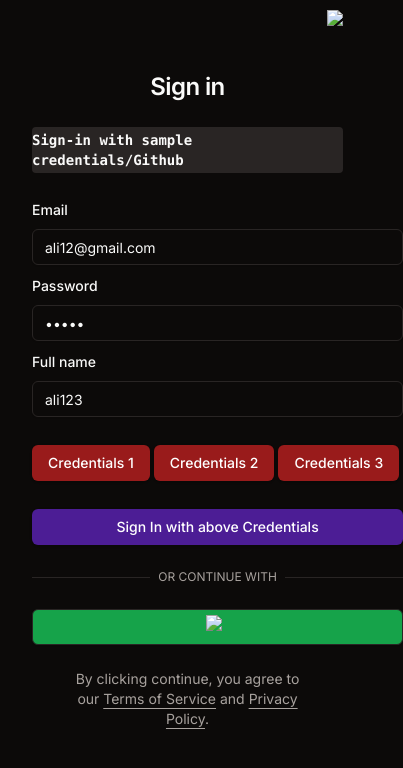
Repository: aneeshseth/gotsapp
Page: /auth (app in apps/fe/)
An editor plug-in stored every save of this project. The page is shown before and after the next save, followed by the edit.
The browser window is 375 px wide. The page is 403 px wide, so the pictures cover 403 px, including what lies to the right of the window. The pictures show the whole page.
The page's requests for data from a server got no answer. The project was rebuilt for these pictures with package versions that can differ from the ones it lists, and the page was loaded fresh each time. The framework's server and built-in components were replaced by stand-ins that run in the browser. No one was signed in, and anything a server would have sent is missing. Also part of the build but not shown: apps/fe/next.config.js.

Above is the page before, as saved 2024-01-15 23:36:12.

### apps/fe/src/app/layout.tsx
"use client"
import type { Metadata } from "next";
import { Inter } from "next/font/google";
import "./globals.css";
import {
  RecoilRoot,
  atom,
  selector,
  useRecoilState,
  useRecoilValue,
} from 'recoil';
import { WebSocketProvider } from './provider';
const inter = Inter({ subsets: ["latin"] });



export default function RootLayout({
  children,
}: {
  children: React.ReactNode;
}) {
  return (
    <html lang="en">
      <body className={inter.className}>
        <RecoilRoot>
        <WebSocketProvider>
          {children}
          </WebSocketProvider>
          </RecoilRoot>
      </body>
    </html>
  );
}

### apps/fe/src/app/auth/page.tsx
import { Metadata } from "next";
import Image from "next/image";
import Link from "next/link";
import "./page.css";

import { cn } from "@/lib/utils";
import { buttonVariants } from "@/components/ui/button";
import { UserAuthForm } from "@/components/ui/user-auth-form";

export const metadata: Metadata = {
  title: "Authentication",
  description: "Authentication forms built using the components.",
};

export default function AuthenticationPage() {
  return (
    <div className="fadeInUp-animation">
      <div className="container h-[800px] flex flex-col items-center justify-center md:grid sm:grid lg:max-w-none lg:grid-cols-2 lg:px-0 sm:max-w-none">
        <Link
          href="https://github.com/aneeshseth/gotsapp"
          className={cn(
            buttonVariants({ variant: "ghost" }),
            "absolute right-4 top-4 md:right-8 md:top-8"
          )}
        >
          <img src="https://favicon.twenty.com/github.com" className="h-12" />
        </Link>
        <div className="relative hidden h-full flex-col bg-muted p-10 text-white lg:flex dark:border-r">
          <div className="absolute inset-0 bg-gradient-to-r from-slate-900 via-purple-900 to-slate-900 flex items-center bg-opacity-0">
            <h1 className="scroll-m-20 text-4xl font-extrabold tracking-tight lg:text-5xl ml-10 mr-3">
              gotsapp: a chatting infrastructure.
            </h1>
          </div>
        </div>
        <div className="mx-auto flex w-full flex-col justify-center space-y-6 max-w-96">
          <div className="flex flex-col space-y-2 text-center">
            <h1 className="text-2xl font-semibold tracking-tight">Sign in</h1>
          </div>
          <code className="relative rounded bg-muted px-0 py-[0.2rem] font-mono text-sm font-semibold w-full github-si flex justify-center">
            <div className="sign-text">
              Sign-in with sample credentials/Github
            </div>
          </code>
          <UserAuthForm  />
          <p className="px-8 text-center text-sm text-muted-foreground">
            By clicking continue, you agree to our{" "}
            <Link
              href="/"
              className="underline underline-offset-4 hover:text-primary"
            >
              Terms of Service
            </Link>{" "}
            and{" "}
            <Link
              href="/"
              className="underline underline-offset-4 hover:text-primary"
            >
              Privacy Policy
            </Link>
            .
          </p>
        </div>
      </div>
    </div>
  );
}



/*
redis-server:
    image: "redis:alpine"
    command: redis-server
    ports:
      - "6379:6379"
*/

### apps/fe/src/app/globals.css
@tailwind base;
@tailwind components;
@tailwind utilities;






@layer base {
  :root {
    --background: 0 0% 100%;
    --foreground: 20 14.3% 4.1%;
    --card: 0 0% 100%;
    --card-foreground: 20 14.3% 4.1%;
    --popover: 0 0% 100%;
    --popover-foreground: 20 14.3% 4.1%;
    --primary: 47.9 95.8% 53.1%;
    --primary-foreground: 26 83.3% 14.1%;
    --secondary: 60 4.8% 95.9%;
    --secondary-foreground: 24 9.8% 10%;
    --muted: 60 4.8% 95.9%;
    --muted-foreground: 25 5.3% 44.7%;
    --accent: 60 4.8% 95.9%;
    --accent-foreground: 24 9.8% 10%;
    --destructive: 0 84.2% 60.2%;
    --destructive-foreground: 60 9.1% 97.8%;
    --border: 20 5.9% 90%;
    --input: 20 5.9% 90%;
    --ring: 20 14.3% 4.1%;
    --radius: 0.5rem;
  }

  .dark {
    --background: 20 14.3% 4.1%;
    --foreground: 60 9.1% 97.8%;
    --card: 20 14.3% 4.1%;
    --card-foreground: 60 9.1% 97.8%;
    --popover: 20 14.3% 4.1%;
    --popover-foreground: 60 9.1% 97.8%;
    --primary: 47.9 95.8% 53.1%;
    --primary-foreground: 26 83.3% 14.1%;
    --secondary: 12 6.5% 15.1%;
    --secondary-foreground: 60 9.1% 97.8%;
    --muted: 12 6.5% 15.1%;
    --muted-foreground: 24 5.4% 63.9%;
    --accent: 12 6.5% 15.1%;
    --accent-foreground: 60 9.1% 97.8%;
    --destructive: 0 62.8% 30.6%;
    --destructive-foreground: 60 9.1% 97.8%;
    --border: 12 6.5% 15.1%;
    --input: 12 6.5% 15.1%;
    --ring: 35.5 91.7% 32.9%;
  }
}






@layer base {
  * {
    @apply border-border;
  }
  body {
    @apply bg-background text-foreground dark;
  }
}

### apps/fe/src/app/provider.tsx
"use client";
import React, { createContext, useContext, useState, useEffect } from "react";

const WebSocketContext = createContext(null);

export const useWebSocket = () => {
  return useContext(WebSocketContext);
};

export const WebSocketProvider = ({ children }: any) => {
  const [webSocket, setWebSocket] = useState<any>(null);

  useEffect(() => {
    const socket = new WebSocket("wss://aneesh.pro");
    console.log("socket");
    console.log(socket);
    setWebSocket(socket);

    return () => {
      socket.close();
    };
  }, []);

  return (
    <WebSocketContext.Provider value={webSocket}>
      {children}
    </WebSocketContext.Provider>
  );
};

### apps/fe/src/app/auth/page.css
@keyframes fadeInUp {
    0% {
      transform: translateY(100%);
      opacity: 0;
    }
    100% {
      transform: translateY(0%);
      opacity: 1;
    }
  }

  .fadeInUp-animation {
    animation: 1.5s fadeInUp;
  }


  @media screen and (max-width: 480px) {
    .github-si {
      width: 100%;
    }

  }

### apps/fe/src/components/ui/button.tsx
import * as React from "react"
import { Slot } from "@radix-ui/react-slot"
import { cva, type VariantProps } from "class-variance-authority"

import { cn } from "@/lib/utils"

const buttonVariants = cva(
  "inline-flex items-center justify-center whitespace-nowrap rounded-md text-sm font-medium transition-colors focus-visible:outline-none focus-visible:ring-1 focus-visible:ring-ring disabled:pointer-events-none disabled:opacity-50",
  {
    variants: {
      variant: {
        default:
          "bg-primary text-primary-foreground shadow hover:bg-primary/90",
        destructive:
          "bg-destructive text-destructive-foreground shadow-sm hover:bg-destructive/90",
        outline:
          "border border-input bg-background shadow-sm hover:bg-accent hover:text-accent-foreground",
        secondary:
          "bg-secondary text-secondary-foreground shadow-sm hover:bg-secondary/80",
        ghost: "hover:bg-accent hover:text-accent-foreground",
        link: "text-primary underline-offset-4 hover:underline",
      },
      size: {
        default: "h-9 px-4 py-2",
        sm: "h-8 rounded-md px-3 text-xs",
        lg: "h-10 rounded-md px-8",
        icon: "h-9 w-9",
      },
    },
    defaultVariants: {
      variant: "default",
      size: "default",
    },
  }
)

export interface ButtonProps
  extends React.ButtonHTMLAttributes<HTMLButtonElement>,
    VariantProps<typeof buttonVariants> {
  asChild?: boolean
}

const Button = React.forwardRef<HTMLButtonElement, ButtonProps>(
  ({ className, variant, size, asChild = false, ...props }, ref) => {
    const Comp = asChild ? Slot : "button"
    return (
      <Comp
        className={cn(buttonVariants({ variant, size, className }))}
        ref={ref}
        {...props}
      />
    )
  }
)
Button.displayName = "Button"

export { Button, buttonVariants }

### apps/fe/src/components/ui/user-auth-form.tsx
"use client";

import * as React from "react";
import { useSession, signIn, signOut } from "next-auth/react";
import { cn } from "@/lib/utils";
import { Button } from "@/components/ui/button";
import { Input } from "@/components/ui/input";
import { Label } from "@/components/ui/label";
import { useRouter } from "next/navigation";
import { useWebSocket } from "@/app/provider";
import { useEffect } from "react";

interface UserAuthFormProps extends React.HTMLAttributes<HTMLDivElement> {}

export function UserAuthForm({ className, ...props }: UserAuthFormProps) {
  const { data: session } = useSession();
  const router = useRouter()
  if (session?.user) {
    router.push("/chats")
  }
  const [isLoading, setIsLoading] = React.useState<boolean>(false);
  const [email, setEmail] = React.useState<string>("ali12@gmail.com");
  const [password, setPassword] = React.useState<string>("ali12");
  const [name, setName] = React.useState<string>("ali123");



  async function onSubmit(event: React.SyntheticEvent) {
    event.preventDefault();
    setIsLoading(true);

    setTimeout(() => {
      setIsLoading(false);
    }, 3000);
  }

  function handleCredentials2() {
    setEmail("sethamishi0512@gmail.com")
    setPassword("Doll@2107")
    setName("Amishi Seth")
  }

  function handleCredentials3() {
    setEmail("vseth2576@gmail.com")
    setPassword("Doll@2107")
    setName("Vijay Seth")
  }

  function handleCredentials1() {
    setEmail("ali12@gmail.com")
    setName("ali123")
    setPassword("ali12")
  }

  async function manageSignIn() {
    if (email == "" || password == "" || name == "") {
      return;
    } else {
      const user = await signIn("credentials", {
        name: name,
        password: password,
        email: email,
        callbackUrl: "/chats",
      })
      console.log("CURRENT USER")
      console.log(user)
    }
  }

  return (
    <div className={cn("grid gap-6", className)} {...props}>
      <form onSubmit={onSubmit}>
        <div className="grid gap-2">
          <div>
            <Label className="" htmlFor="email">
              Email
            </Label>
            <Input
              id="username"
              type="email"
              autoCapitalize="none"
              autoCorrect="off"
              disabled={isLoading}
              className="mt-2"
              value={email}
              onChange={(e) => setEmail(e.target.value)}
            />
          </div>
          <div>
            <Label className="" htmlFor="email">
              Password
            </Label>
            <Input
              id="password"
              type="password"
              placeholder="name12712"
              autoCapitalize="none"
              autoComplete="email"
              autoCorrect="off"
              disabled={isLoading}
              className="mt-2"
              value={password}
              onChange={(e) => setPassword(e.target.value)}
            />
          </div>
          <div>
            <Label className="">
              Full name
            </Label>
            <Input
              id="username"
              autoCapitalize="none"
              autoCorrect="off"
              disabled={isLoading}
              className="mt-2"
              value={name}
              onChange={(e) => setName(e.target.value)}
            />
          </div>
          <div className="flex flex-row w-full justify-center">
          <Button
            disabled={isLoading}
            className="mt-5 bg-red-800 text-white mr-1"
            onClick={handleCredentials1}
          >
            Credentials 1
          </Button>
          <Button
            disabled={isLoading}
            className="mt-5 bg-red-800 text-white mr-1"
            onClick={handleCredentials2}
          >
            Credentials 2
          </Button>
          <Button
            disabled={isLoading}
            className="mt-5 bg-red-800 text-white mr-1"
            onClick={handleCredentials3}
          >
            Credentials 3
          </Button>
          </div>
          <Button
            disabled={isLoading}
            className="mt-5 bg-violet-900 text-white"
            onClick={manageSignIn}
          >
            Sign In with above Credentials
          </Button>
        </div>
      </form>
      <div className="relative">
        <div className="absolute inset-0 flex items-center">
          <span className="w-full border-t" />
        </div>
        <div className="relative flex justify-center text-xs uppercase">
          <span className="bg-background px-2 text-muted-foreground">
            Or continue with
          </span>
        </div>
      </div>
      <Button
        variant="outline"
        type="button"
        color="green"
        disabled={isLoading}
        onClick={async () => await signIn("github", { callbackUrl: "/chats" })}
        className="bg-green-600"
      >
        <img src="https://favicon.twenty.com/github.com" className="h-6 mr-2" />
      </Button>
    </div>
  );
}

### apps/fe/src/components/ui/input.tsx
import * as React from "react"

import { cn } from "@/lib/utils"

export interface InputProps
  extends React.InputHTMLAttributes<HTMLInputElement> {}

const Input = React.forwardRef<HTMLInputElement, InputProps>(
  ({ className, type, ...props }, ref) => {
    return (
      <input
        type={type}
        className={cn(
          "flex h-9 w-full rounded-md border border-input bg-transparent px-3 py-1 text-sm shadow-sm transition-colors file:border-0 file:bg-transparent file:text-sm file:font-medium placeholder:text-muted-foreground focus-visible:outline-none focus-visible:ring-1 focus-visible:ring-ring disabled:cursor-not-allowed disabled:opacity-50",
          className
        )}
        ref={ref}
        {...props}
      />
    )
  }
)
Input.displayName = "Input"

export { Input }

### apps/fe/src/components/ui/label.tsx
"use client"

import * as React from "react"
import * as LabelPrimitive from "@radix-ui/react-label"
import { cva, type VariantProps } from "class-variance-authority"

import { cn } from "@/lib/utils"

const labelVariants = cva(
  "text-sm font-medium leading-none peer-disabled:cursor-not-allowed peer-disabled:opacity-70"
)

const Label = React.forwardRef<
  React.ElementRef<typeof LabelPrimitive.Root>,
  React.ComponentPropsWithoutRef<typeof LabelPrimitive.Root> &
    VariantProps<typeof labelVariants>
>(({ className, ...props }, ref) => (
  <LabelPrimitive.Root
    ref={ref}
    className={cn(labelVariants(), className)}
    {...props}
  />
))
Label.displayName = LabelPrimitive.Root.displayName

export { Label }

Loaded but not shown: apps/fe/src/lib/utils.ts (common file); apps/fe/tailwind.config.js (common file)

After the next save:
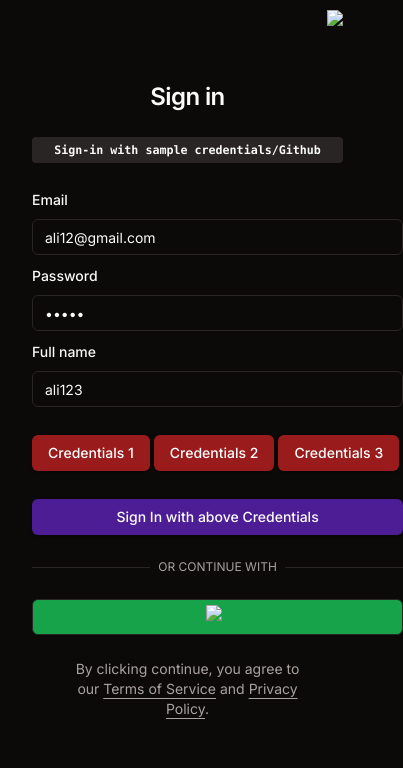
Saved 21 s later.
--- a/apps/fe/src/app/auth/page.css
+++ b/apps/fe/src/app/auth/page.css
@@ -19,4 +19,7 @@
       width: 100%;
     }
 
+    .sign-text {
+      font-size: smaller;
+    }
   }
